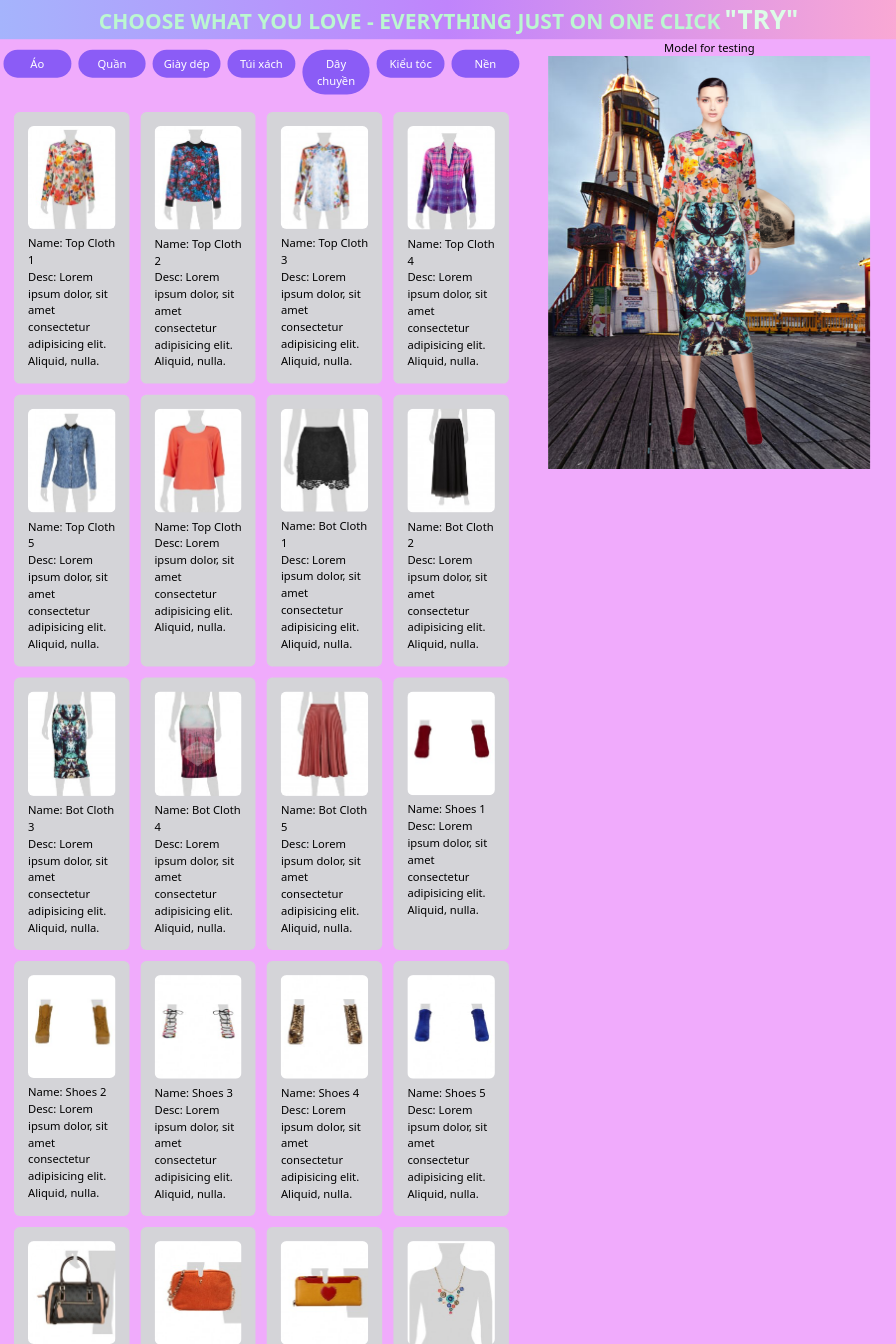
Repository: NguyenVietPhuQuy/ReactJs-TailWind-Redux-FunctionHook-ModelDesign
Page: / (app in modeldesign/)
These files come from the project's save history. The page is drawn as it stood at one moment and after the next save; the edit follows.
The browser window is 1280 px wide. The pictures show the part of the page from y = 0 to 1920 px (the page is 3468 px tall), at 70% of full size.
The project was rebuilt for these pictures with package versions that can differ from the ones it lists, and the page was loaded fresh each time. Also part of the build but not shown: modeldesign/src/App.css.

Above is the page before, as saved 2022-11-17 16:37:15.

After the next save:
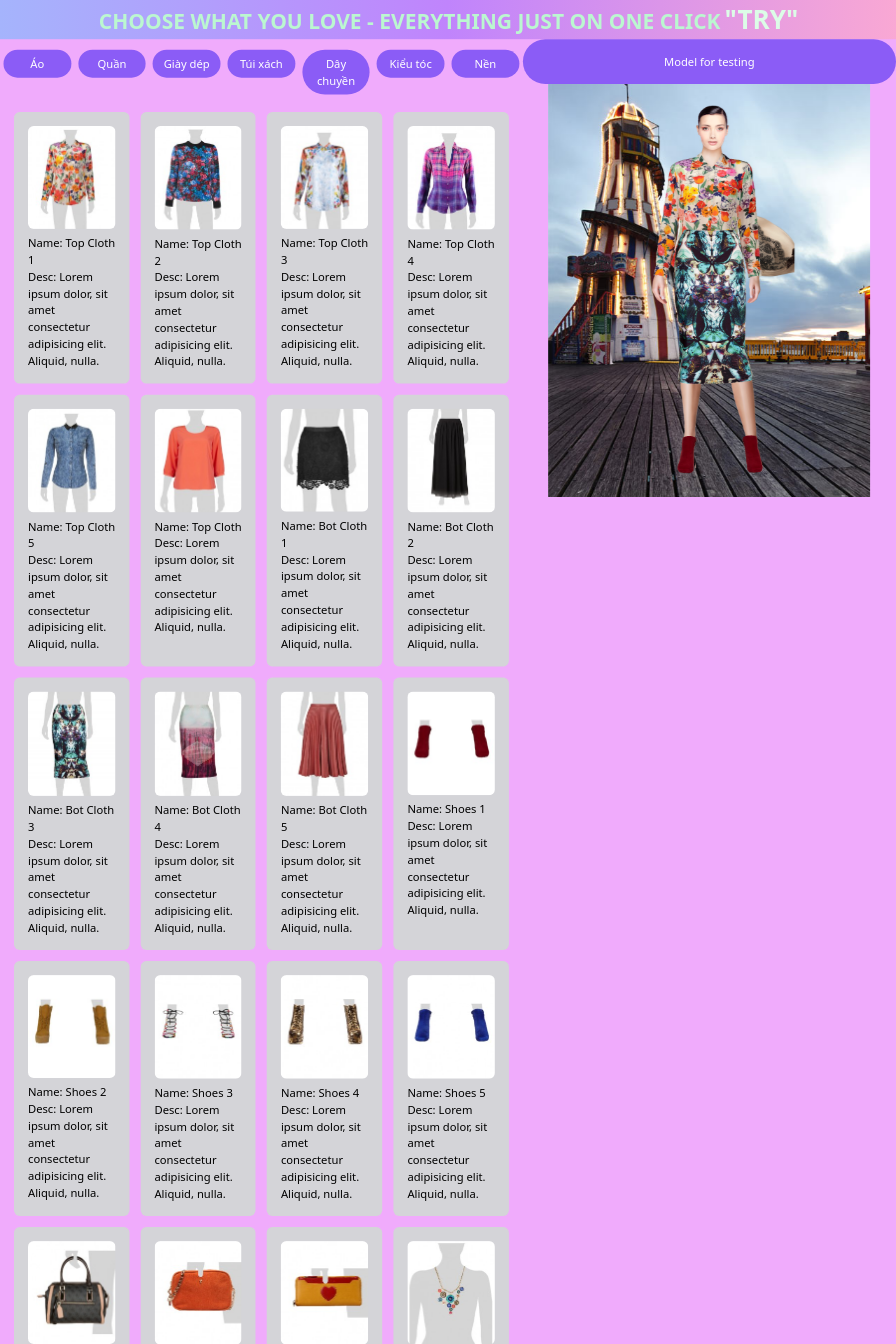
Saved 52 s later.
--- a/modeldesign/src/Components/Model.js
+++ b/modeldesign/src/Components/Model.js
@@ -3,7 +3,9 @@ import './Model.css'
 function Model() {
     return (
         <div>
-            <div className="text-center">Model for testing</div>
+            <div className="text-center p-5 rounded-full text-white hover:text-pink-100
+                         bg-violet-500 hover:bg-violet-600 active:bg-violet-700 focus:outline-none
+                         ease-in duration-200 ">Model for testing</div>
             <div className="contain  " style={{ backgroundImage: `url(/images/background/background1.jpg)` }}>
                 <div className="body" style={{ backgroundImage: "url(images/allbody/bodynew.png)" }} />
                 <div className="model" style={{ backgroundImage: "url(images/model/1000new.png)" }} />
